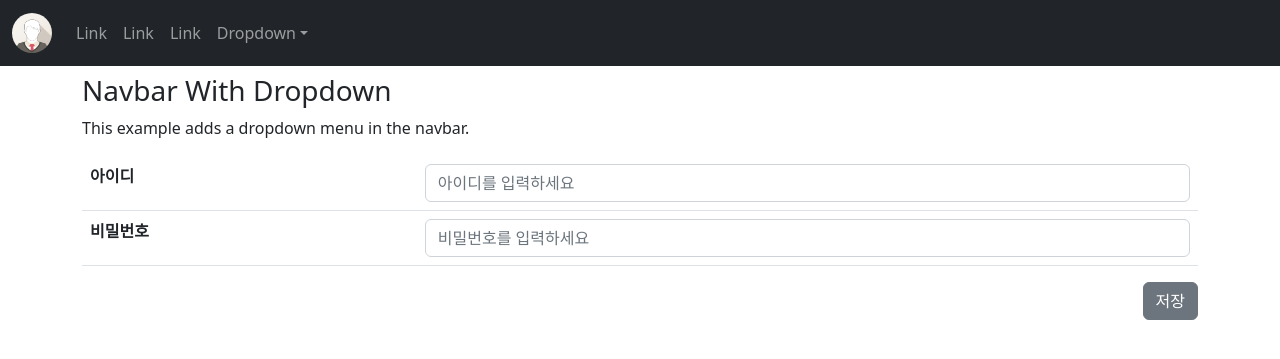
Repository: seoyeon0619/WebProgramming
Page: workspace1/myhome2/src/main/webapp/디자인/member_sign.html
An editor plug-in stored every save of this project. The page is shown before and after the next save, followed by the edit.
The browser window is 1280 px wide. The pictures show the whole page.

Above is the page before, as saved 2022-12-30 02:13:55.

### workspace1/myhome2/src/main/webapp/디자인/member_sign.html
<!DOCTYPE html>
<html lang="en">
<head>
  <title>Bootstrap Example</title>
  <meta charset="utf-8">
  <meta name="viewport" content="width=device-width, initial-scale=1">
  <link href="https://cdn.jsdelivr.net/npm/bootstrap@5.2.3/dist/css/bootstrap.min.css" rel="stylesheet">
  <script src="https://cdn.jsdelivr.net/npm/bootstrap@5.2.3/dist/js/bootstrap.bundle.min.js"></script>
</head>
<body>

<nav class="navbar navbar-expand-sm bg-dark navbar-dark">
  <div class="container-fluid">
   	<a class="navbar-brand" href="#">
      <img src="/myhome2/images/p.png" alt="Logo" style="width:40px;" class="rounded-pill">
    </a>

    <button class="navbar-toggler" type="button" data-bs-toggle="collapse" data-bs-target="#collapsibleNavbar">
      <span class="navbar-toggler-icon"></span>
    </button>

    <div class="collapse navbar-collapse" id="collapsibleNavbar">
      <ul class="navbar-nav">
        <li class="nav-item">
          <a class="nav-link" href="#">Link</a>
        </li>
        <li class="nav-item">
          <a class="nav-link" href="#">Link</a>
        </li>
        <li class="nav-item">
          <a class="nav-link" href="#">Link</a>
        </li>
        <li class="nav-item dropdown">
          <a class="nav-link dropdown-toggle" href="#" role="button" data-bs-toggle="dropdown">Dropdown</a>
          <ul class="dropdown-menu">
            <li><a class="dropdown-item" href="#">Link</a></li>
            <li><a class="dropdown-item" href="#">Another link</a></li>
            <li><a class="dropdown-item" href="#">A third link</a></li>
          </ul>
        </li>
      </ul>
    </div>
  </div>
</nav>

<div class="container">
	<h1> </h1>
  <h3>Navbar With Dropdown</h3>
  <p>This example adds a dropdown menu in the navbar.</p>


  <table class="table">
  <colgroup>
  	<col width="30%">
  	<col width="*">
  </colgroup>
    <tbody>
    <tr>
      <th>아이디</td>
      <td>
      		<div class="input-group">
    			<input type="text" class="form-control" placeholder="아이디를 입력하세요" name="id" id="id">
  			</div>
      </td>
      </tr>

      <tr>
      <th>비밀번호</td>
      <td>
      		<div class="input-group">
    			<input type="text" class="form-control" placeholder="비밀번호를 입력하세요" name="pw" id="pw">
  			</div>
      </td>
      </tr>


    </tbody>
  </table>
</div>


<div class="container" style="text-align:right">
	<button type="button" class="btn btn-secondary">저장</button>
</div>
</body>
</html>

After the next save:
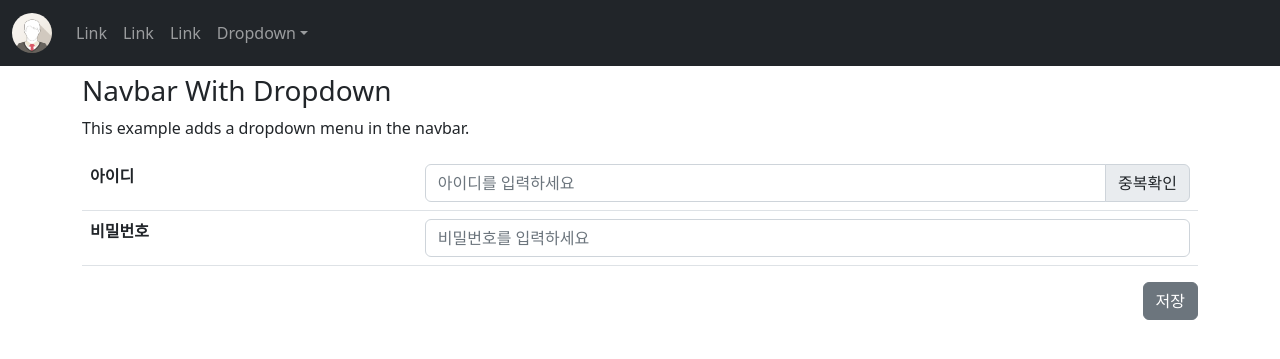
Saved 51 s later.
--- a/workspace1/myhome2/src/main/webapp/디자인/member_sign.html
+++ b/workspace1/myhome2/src/main/webapp/디자인/member_sign.html
@@ -60,6 +60,7 @@
       <td>
       		<div class="input-group">
     			<input type="text" class="form-control" placeholder="아이디를 입력하세요" name="id" id="id">
+    			<span class="input-group-text">중복확인</span>
   			</div>
       </td>
       </tr>
